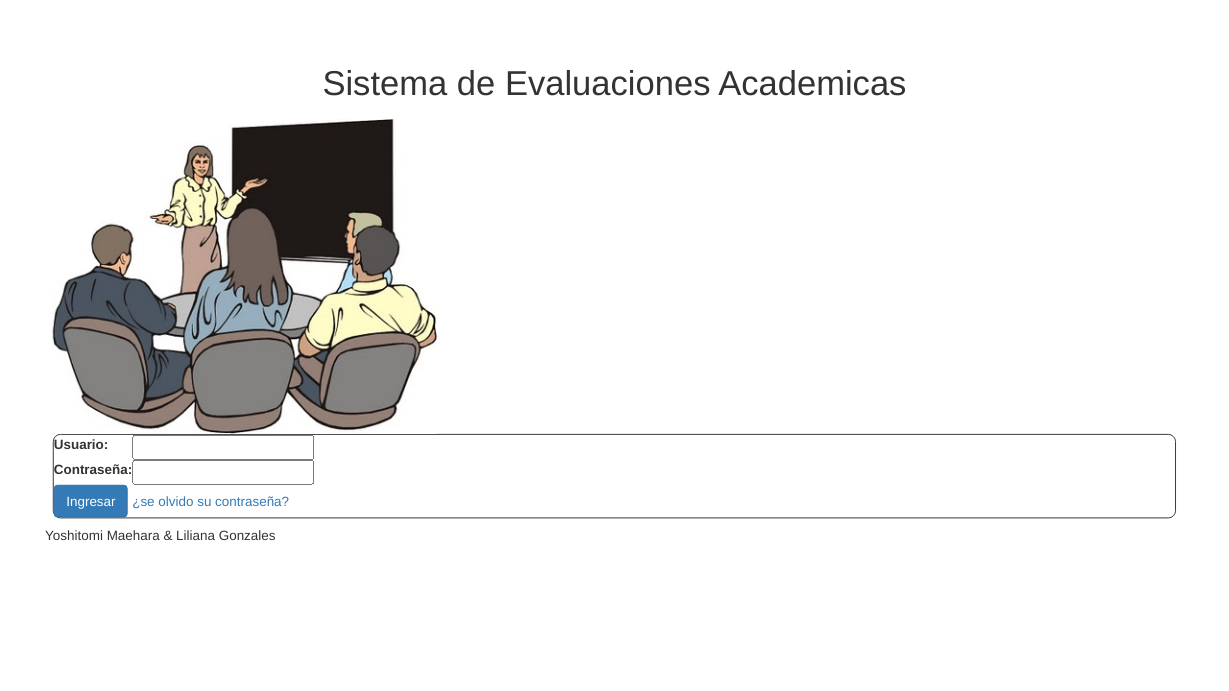
Repository: yoshitomimaehara/sdpa
Page: http://localhost/Sistema_de_Pruebas_Academicas/
An editor plug-in stored every save of this project. The page is shown before and after the next save, followed by the edit.
The browser window is 1280 px wide. The pictures show the whole page, at 96% of full size.
The page is served by Tomcat 9.

Above is the page before, as saved 2013-10-05 02:05:00.
Console error: TypeError: $(...).alert is not a function

After the next save:
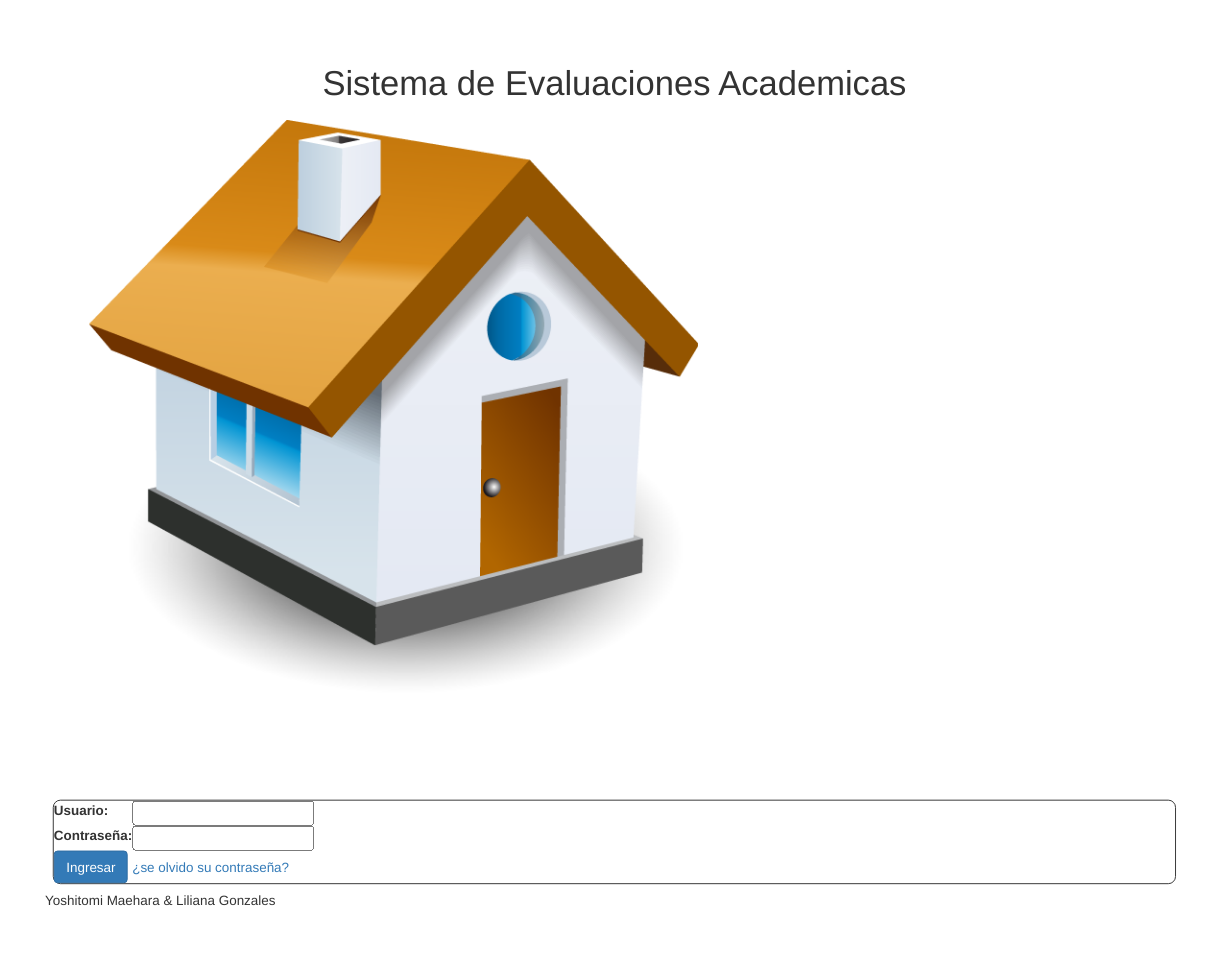
Saved 5 min 15 s later.
--- a/Web/Sistema de Pruebas Academicas/Sistema de Pruebas Academicas/WebContent/index.jsp
+++ b/Web/Sistema de Pruebas Academicas/Sistema de Pruebas Academicas/WebContent/index.jsp
@@ -24,7 +24,7 @@ Email:
   		<div class="row-fluid">
 		<section class="span8">
 			<article>
-				<img id="imagen" src="img\academico.jpg" />
+				<img id="imagen" src="img\inicio.png" />
 			</article>
 		</section>
 		<aside class="span4 hero-unit login_index">
